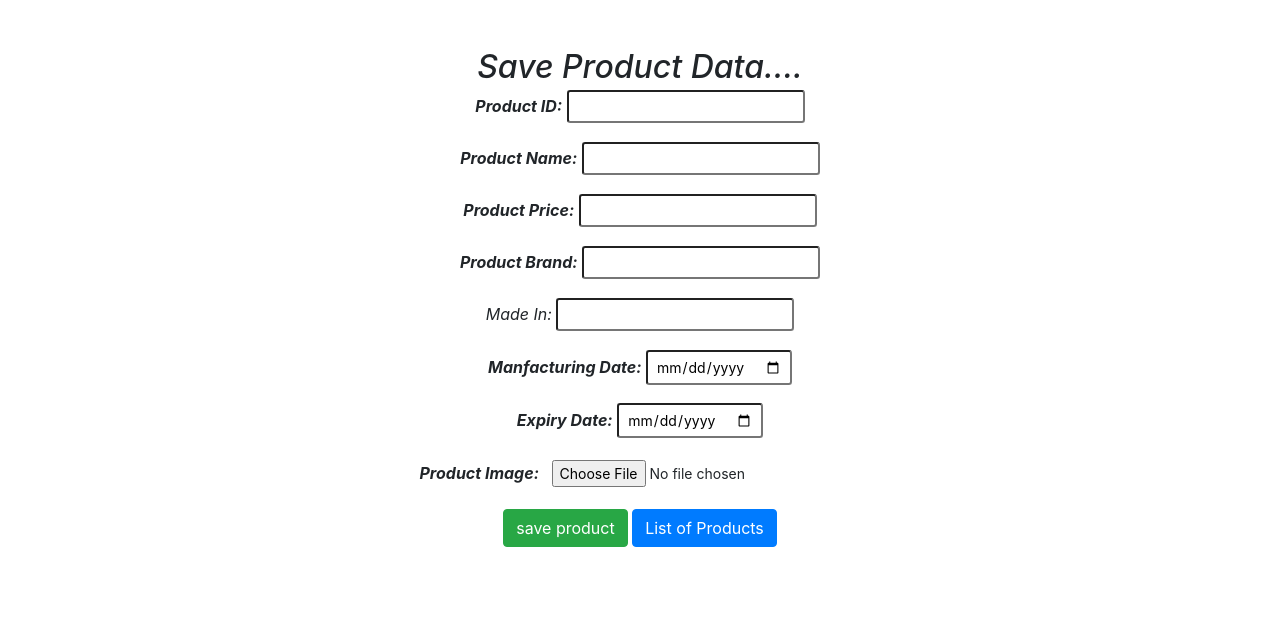
Repository: kamisettiprasanna/AdvJavaPrograms
Page: ProductManagementApp/src/main/webapp/app-product.html
An editor plug-in stored every save of this project. The page is shown before and after the next save, followed by the edit.
The browser window is 1280 px wide. The pictures show the whole page.

Above is the page before, as saved 2024-03-05 18:13:54.

After the next save:
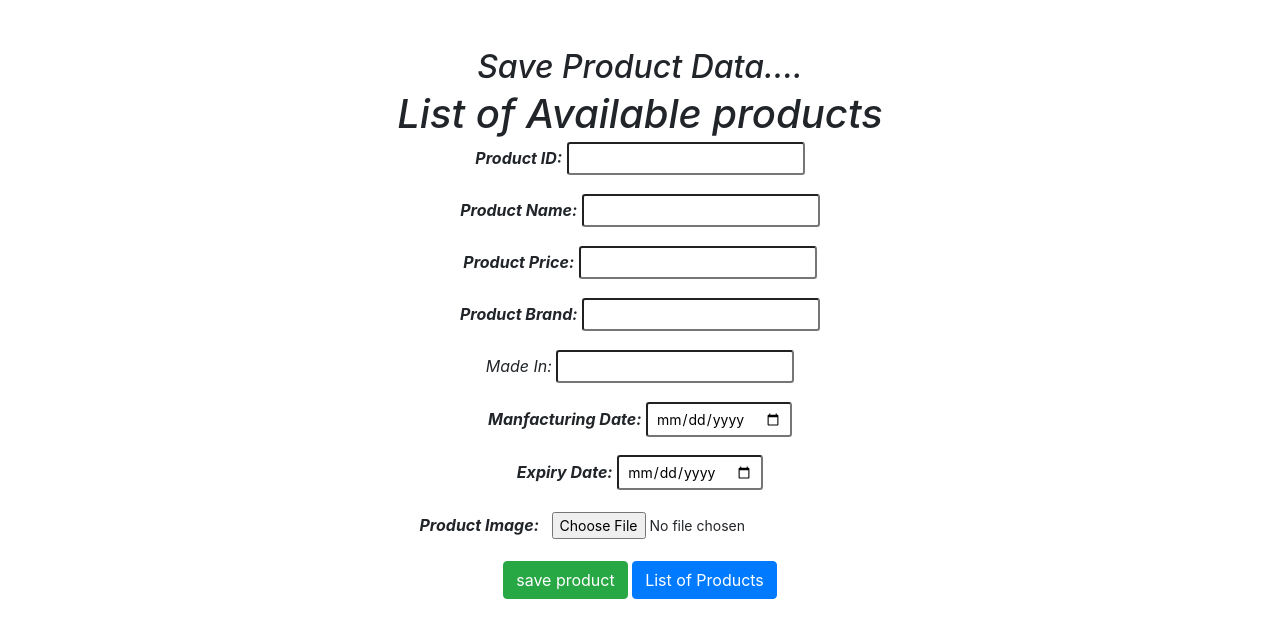
Saved 12 h 19 min later.
--- a/ProductManagementApp/src/main/webapp/app-product.html
+++ b/ProductManagementApp/src/main/webapp/app-product.html
@@ -12,6 +12,7 @@
 <body>
     <div class="container mt-5 text-center">
         <h2 class="text-center font-italic mb-1">Save Product Data....  </h2>
+        <h1 class="text-center font-italic mb-1">List of Available products</h1>
         <form method="post" action="./AddProductServlet" enctype="multipart/form-data" onsubmit="return validateForm()">
 
               <div class="form-group">
